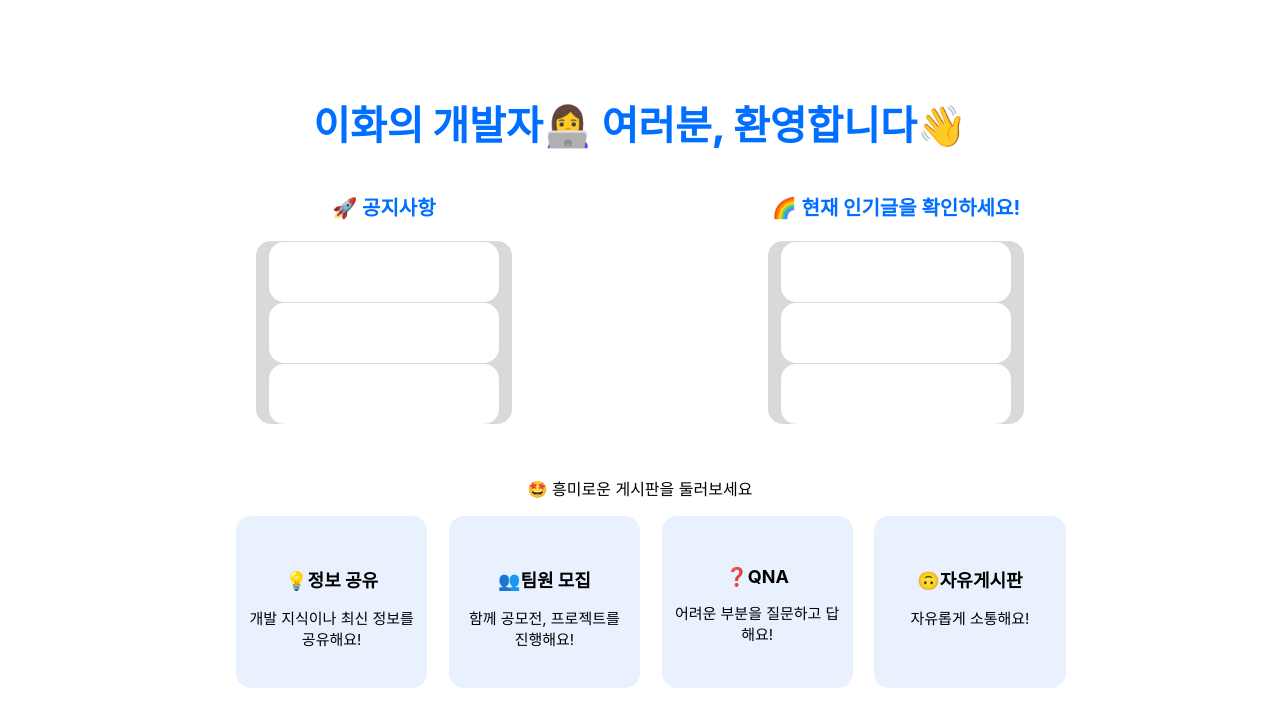
Repository: TeamCosine/Front
Page: /home
An editor plug-in stored every save of this project. The page is shown before and after a run of saves, followed by the edit.
The browser window is 1280 px wide. The pictures show the whole page.
The project was rebuilt for these pictures with package versions that can differ from the ones it lists, and the page was loaded fresh each time. Also part of the build but not shown: src/pages/Profile.js, src/pages/Login.js, src/components/MyInfo/Card.js, src/pages/MyInfo.js, src/pages/Write.js, src/components/common/Title.js, src/pages/Qna.js, src/pages/Invite.js.

Above is the page before, as saved 2023-07-15 22:03:51.

After the next 2 saves:
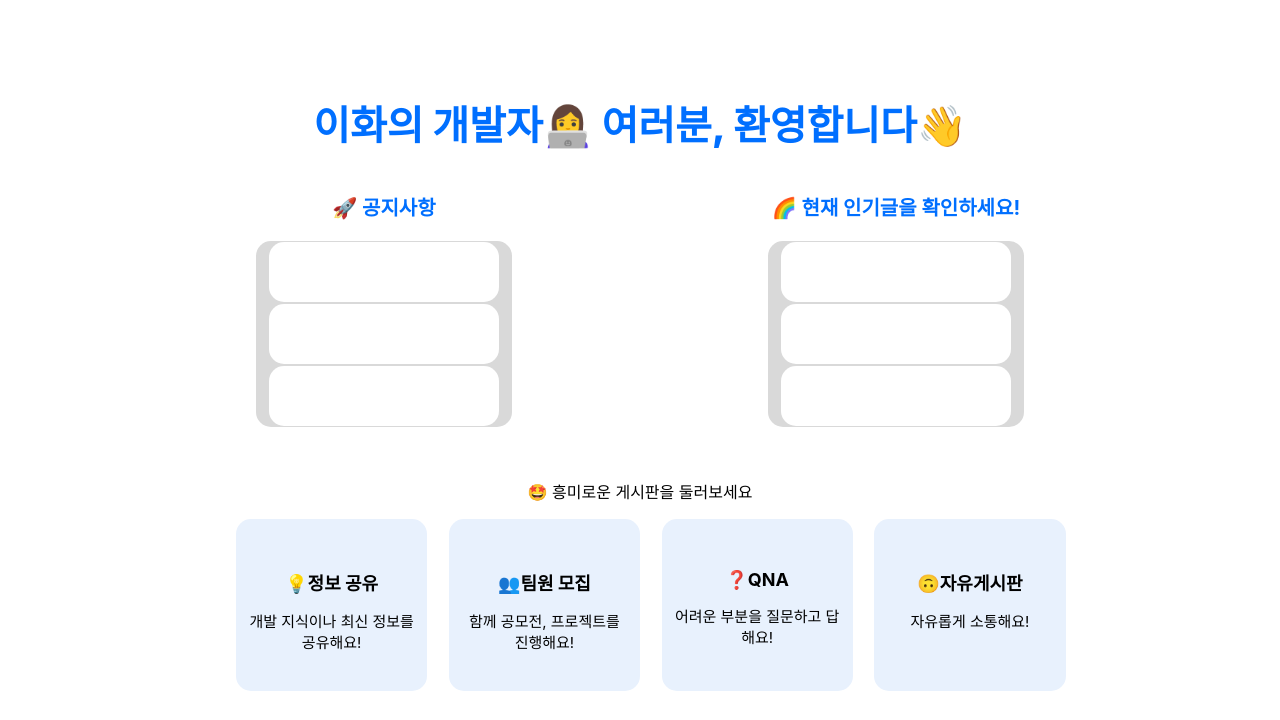
The 2 saves are shown as one change because they came seconds apart.
The last was saved 9 s later.
--- a/src/components/home/Card.js
+++ b/src/components/home/Card.js
@@ -8,6 +8,7 @@ const Container = styled.div`
    background-color: white;
    color : black;
    margin-top: 1px;
+   margin-bottom: 1px;
 `;
 
 const Card = () =>{
